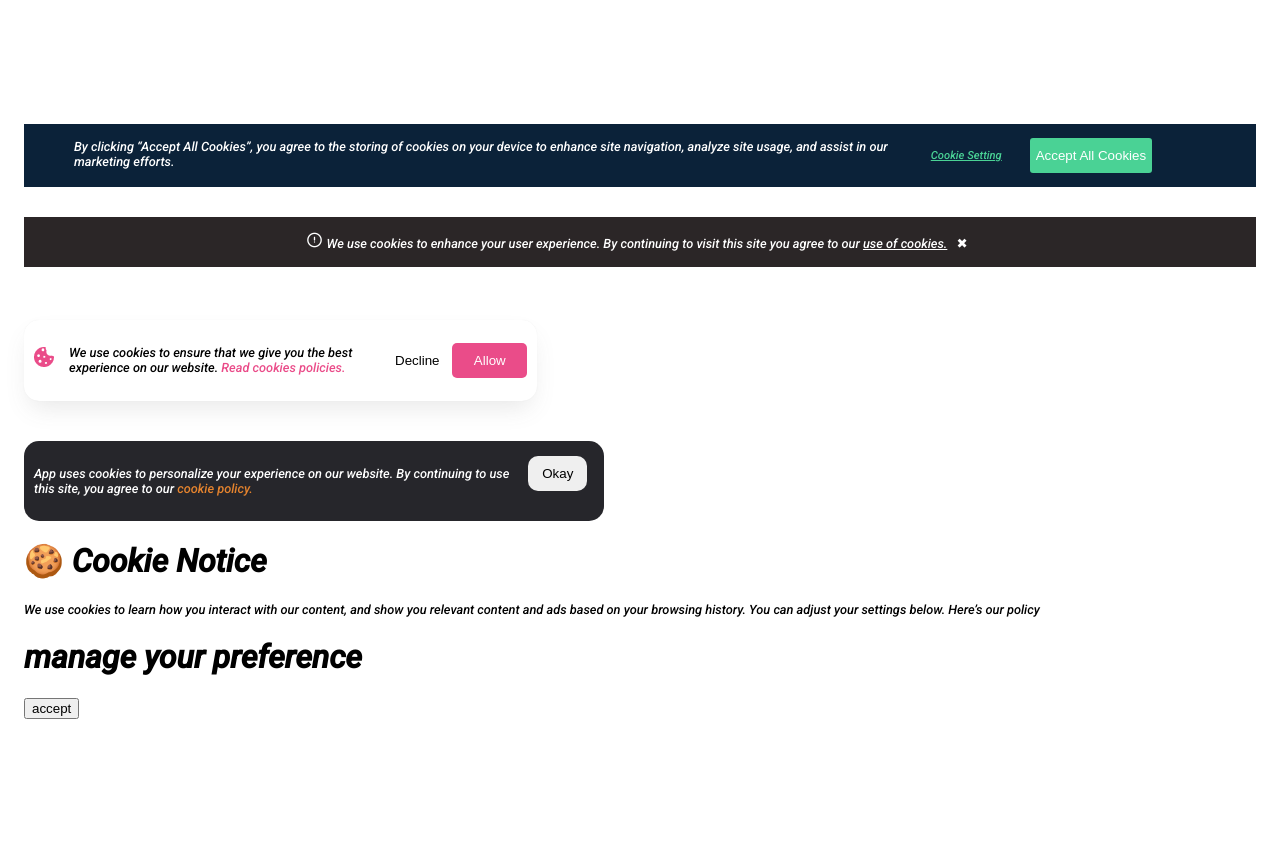
Repository: batonAnton/cursor_cookies_lectr3
Page: index.html
The author's editor kept a copy of each file at every save. The page is drawn from the files as they stood at one save, then again after the next save.
The browser window is 1280 px wide. The pictures show the whole page.

Above is the page before, as saved 2022-06-01 13:44:01.

After the next save:
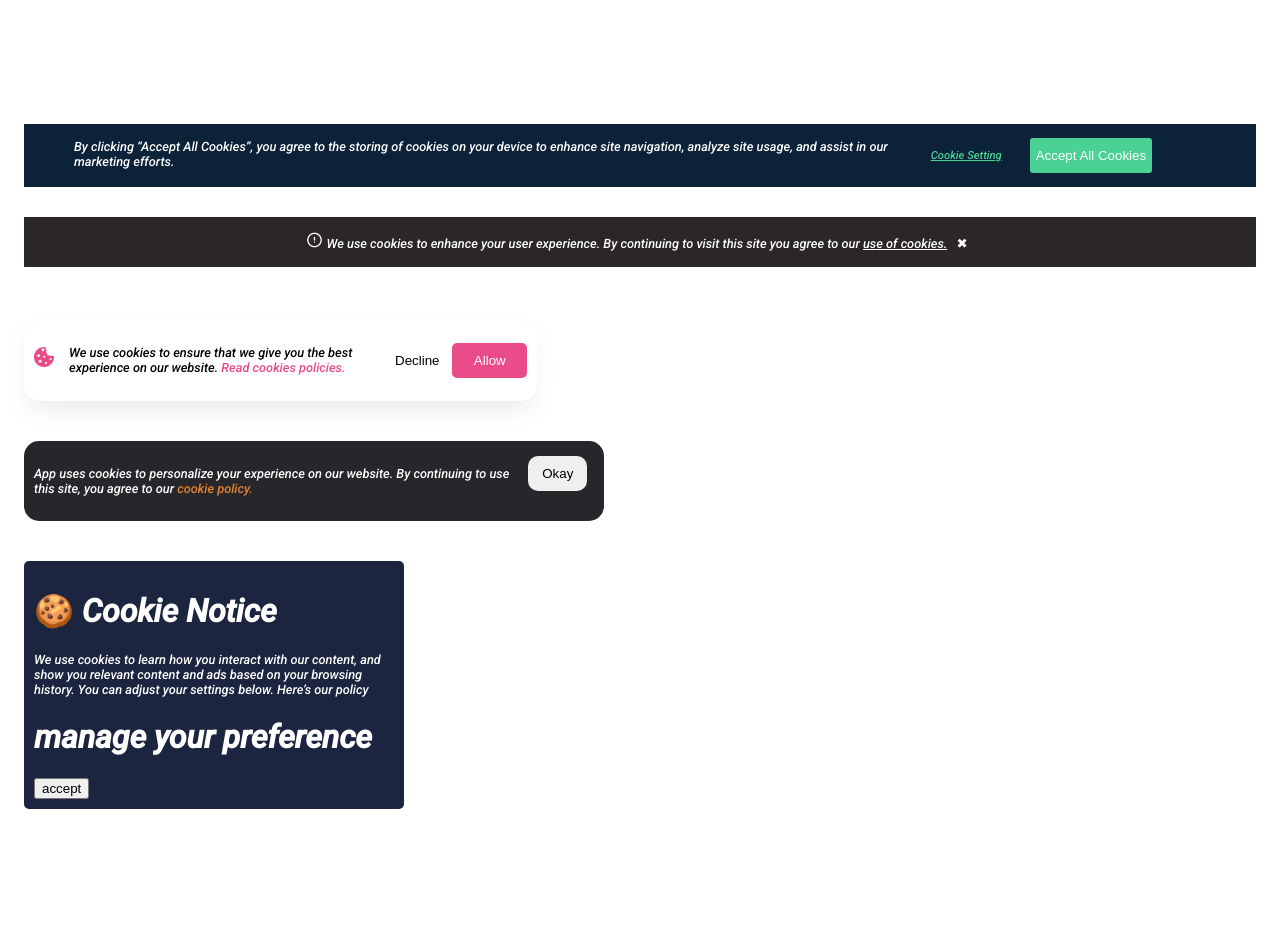
Saved 19 min 31 s later.
--- a/css/style.css
+++ b/css/style.css
@@ -111,6 +111,7 @@ p {
   padding: 10px;
   display: block;
   width: 560px;
+  margin-bottom: 40px;
 }
 
 .banner_4 p {
@@ -131,3 +132,12 @@ p {
     text-transform: capitalize;
     border:none;
 }
+
+
+.banner_5{
+    width: 360px;
+    background-color: #1C2540;
+    color: #ffffff;
+    padding: 10px;
+    border-radius: 5px;
+}
